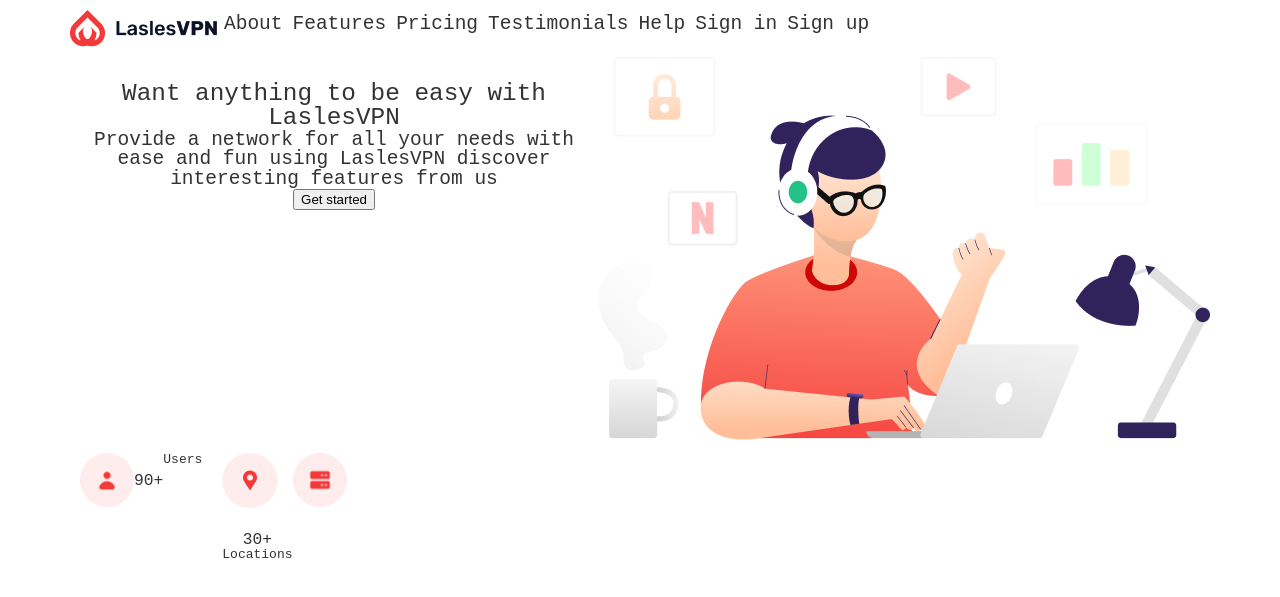
Repository: RaphaelMatheus-br/LP-251123
Page: index.html
These files come from the project's save history. The page is drawn as it stood at one moment and after the next save; the edit follows.
The browser window is 1280 px wide. The pictures show the whole page.

Above is the page before, as saved 2023-11-25 12:29:11.

After the next save:
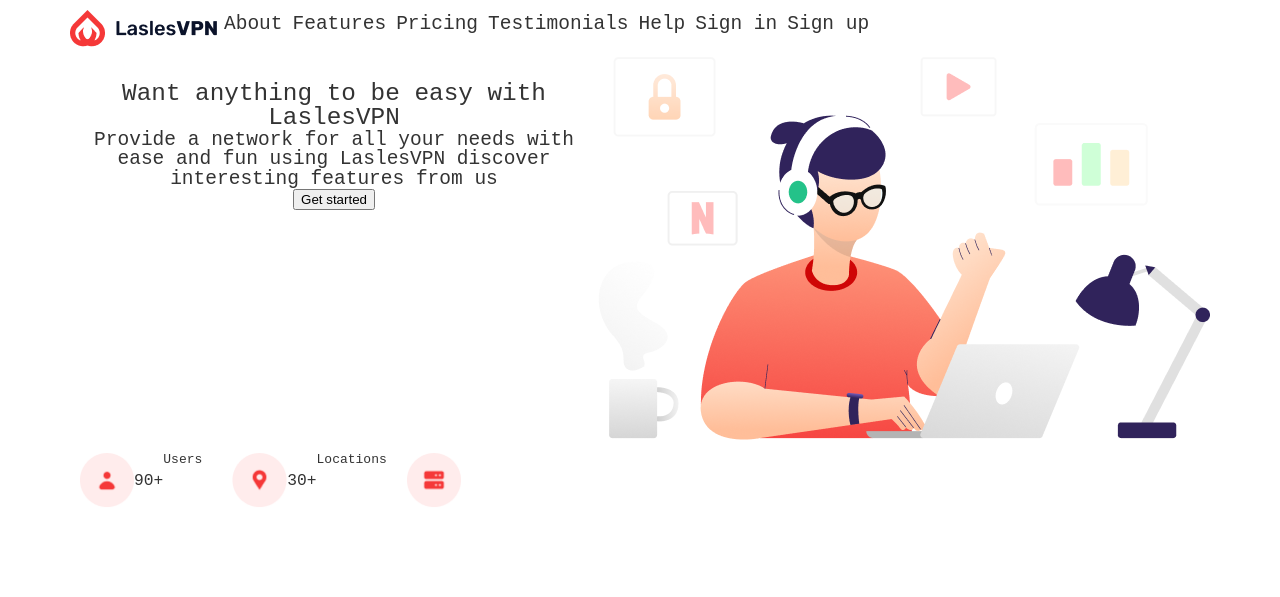
Saved 22 s later.
--- a/style.css
+++ b/style.css
@@ -109,3 +109,9 @@
 margin-right: 20px;
 margin-left: 10px;
 }
+
+.location {
+    display: flex;;
+    margin-right: 20px;
+    margin-left: 10px;
+}
